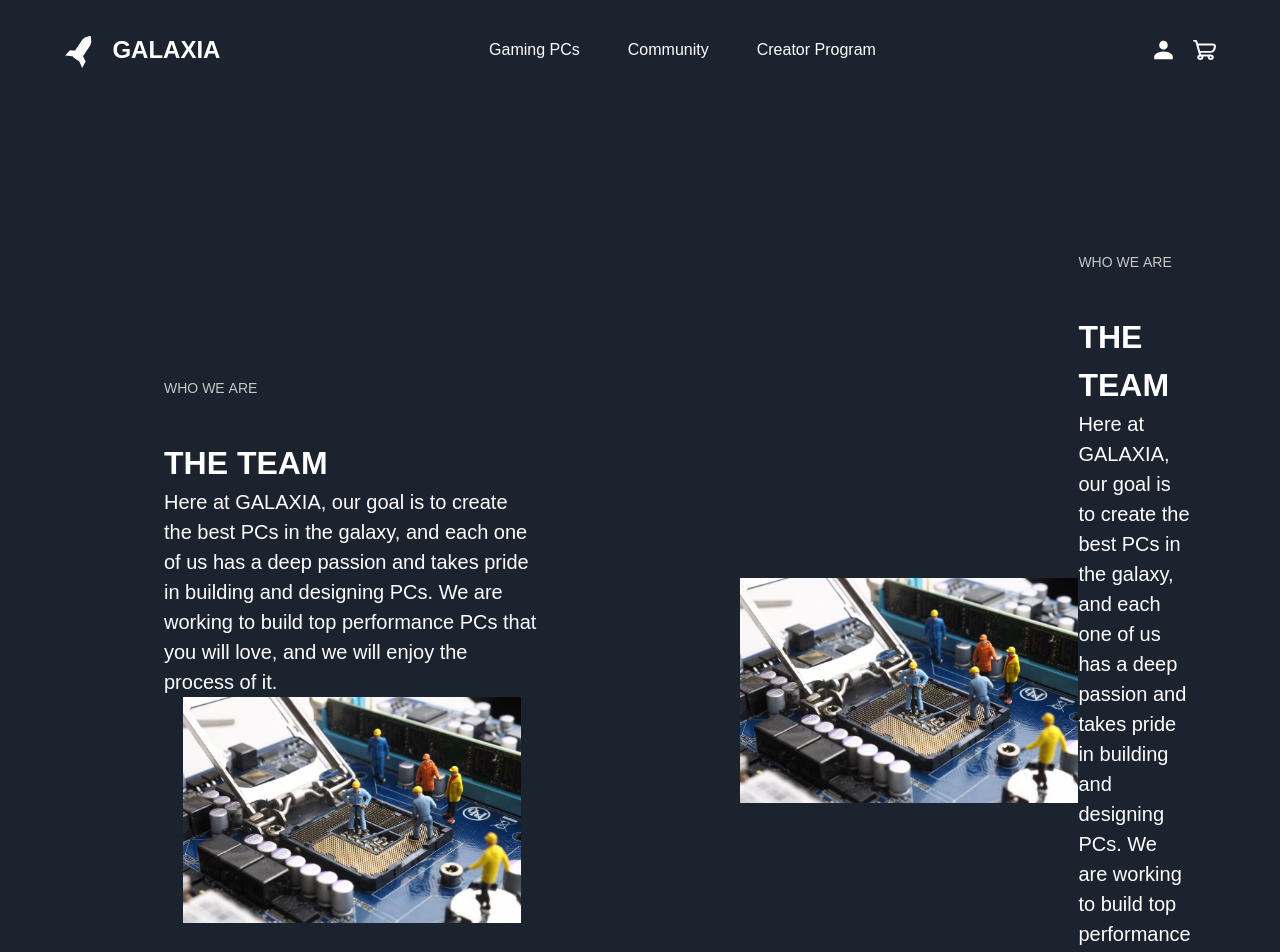
Repository: kaitlynlie/galaxia_pcs
Page: /community
An editor plug-in stored every save of this project. The page is shown before and after the next save, followed by the edit.
The browser window is 1280 px wide. The pictures show the part of the page from y = 0 to 952 px (the page is 2624 px tall).
Some web fonts or font styles are not loaded; a fallback is used. The project was rebuilt for these pictures with package versions that can differ from the ones it lists, and the page was loaded fresh each time. Also part of the build but not shown: vite.config.js, components/Button.jsx, components/PCcard.jsx, components/WhyFeatures.jsx, sections/Hero.jsx, sections/Triton.jsx, sections/Neptune.jsx, sections/Jupiter.jsx and 5 more. Imported but missing from the stored project, and not drawn on this page: src/assets/video.mp4.

Above is the page before, as saved 2023-08-08 18:38:07.

### index.html
<!DOCTYPE html>
<html lang="en">
  <head>
    <meta charset="UTF-8" />
    <link rel="icon" type="image/svg+xml" href="/logo.svg" />
    <link rel="preconnect" href="https://stijndv.com" />
    <link rel="stylesheet" href="https://stijndv.com/fonts/Eudoxus-Sans.css" />
    <meta name="viewport" content="width=device-width, initial-scale=1.0" />
    <title>GALAXIA</title>
  </head>
  <body>
    <div id="root"></div>
    <script type="module" src="/src/main.jsx"></script>
  </body>
</html>

### src/main.jsx
import React from 'react'
import App from './App.jsx'
import ReactDOM from 'react-dom';
import { BrowserRouter } from 'react-router-dom';


ReactDOM.render(
  <BrowserRouter>
    <App />
  </BrowserRouter>,
  document.getElementById('root'),
);

### src/App.jsx
import Navbar from '../components/Navbar'
import Home from '../pages/Home'
import Community from '../pages/Community'
import Creator from '../pages/Creator'
import PCs from '../pages/PCs'
import { Route, Routes } from 'react-router-dom'
import React from 'react'
import '../styles/globals.css'

function App() {

  return (
    <>
    <div className='bg-primary-black overflow-hidden'>
      <Navbar />
      <Routes>
        <Route index path="/" element={<Home />} />
        <Route path="pc" element={<PCs />} />
        <Route path="community" element={<Community />} />
        <Route path="creator" element={<Creator />} />
      </Routes>
     </div>
    </>
  )
}

export default App

### components/Navbar.jsx
import { motion } from "framer-motion";
import styles from '../styles'
import { navVariants, textVariant } from '../utils/motion'
import { useState } from "react";
import { RiMenu3Line, RiCloseLine } from 'react-icons/ri';
import { Link } from 'react-router-dom'
import React from 'react'

const Navbar = () => {
  const [toggleMenu, setToggleMenu] = useState(false);

  const [nav, setNav] = useState(false);

  const openNav = () => {
    setNav(!nav);
  };

  return(
   <motion.nav
    variants={navVariants}
    initial="show"
    whileInView="show"
    viewport={{ once: false, amount: 0.25 }}
    className={`${styles.xPaddings} py-8 relative`}
  >
    <div className={`${styles.innerWidth} mx-auto flex justify-between gap-8 inline-block`}>
      <div className="flex flex-row gap-4">
        <img
          src='./logo.svg'
          alt='logo'
          />
          <Link onClick={openNav} to="/"><motion.h1 variants={textVariant(1.1)} className="flex text-white font-bold text-[24px]">
            <a>GALAXIA</a>
          </motion.h1></Link>
      </div>

      <ul className='flex justify-center items-center text-white max-[880px]:hidden block'>
        <Link onClick={openNav} to='/pc'><li className="mr-12"><a>Gaming PCs</a></li></Link>
        <Link onClick={openNav} to='/community'><li className="mr-12"><a>Community</a></li></Link>
        <Link onClick={openNav} to='/creator'><li><a>Creator Program</a></li></Link>
      </ul>

      <div className="relative ml-1 pointer max-[880px]:block hidden z-10">
        {toggleMenu
          ? <RiCloseLine color="#fff" size={27} onClick={() => setToggleMenu(false)} />
          : <RiMenu3Line color="#fff" size={27} onClick={() => setToggleMenu(true)} />}
        {toggleMenu && (
        <div className="flex justify-end items-end flex-col text-end bg-[#026884ce] p-3 absolute top-[40px] right-[10px] mt-1 rounded-[5px] shadow z-10">
          <div className="none">
            <ul className='flex justify-end items-end flex-col text-white text-end p-1'>
              <Link onClick={openNav} to='/pc'><li><a>Gaming PCs</a></li></Link>
              <Link onClick={openNav} to='/community'><li className="mt-2 pointer"><a>Community</a></li></Link>
              <Link onClick={openNav} to='/creator'><li className="mt-2 pointer"><a>Creator Program</a></li></Link>
            </ul>
          </div>
        </div>
        )}
        </div>

        <div className="flex flex-row gap-4 items-center max-[880px]:hidden block">
        <img
          src='./user.svg'
          alt='user'
        />
        <img
          src='./cart.svg'
          alt='cart'
        />
      </div>
      </div>

  </motion.nav>
  );
};

export default Navbar;

### pages/Community.jsx
import { Footer, Navbar } from '../components';
import { People, Video } from '../sections';
import styles from '../styles';
import { TypingText } from '../components';
import React from 'react'

const Community = () => (
  <div className='bg-primary-black overflow-hidden'>
    <div className='relative'>
    {/* <span className={`${styles.xPaddings} font-extrabold text-white text-[40px]`}>COMMUNITY</span> */}
      <People />
      {/* <div className='gradient-03 z-0' /> */}
    </div>
    <div className='relative'>
      <Video />
      <div className={`w-full ${styles.xPaddings} md:px-[100px] mt-10 items-center flex-col flex justify-between relative mb-20`}>
          <TypingText title='WHO WE ARE' textStyles='text-center' />
          <div className={`${styles.xPaddings} font-normal text-center text-secondary-white mt-10 flex-col flex flex-center`}>
              <span className="font-extrabold text-white sm:text-[32px] text-[20px]">THE TEAM</span>
              <p className="text-[20px] text-white">Here at GALAXIA, our goal is to create the best PCs in the galaxy, and each one of us has a deep passion and takes pride in building and designing PCs. We are working to build top performance PCs that you will love, and we will enjoy the process of it.</p>
          </div>
        </div>
      {/* <div className='gradient-04 z-0' /> */}
      <Footer />
    </div>
  </div>
);

export default Community;

### styles/globals.css
@import "tailwindcss/base";

@import "tailwindcss/components";

@import "tailwindcss/utilities";

* {
  margin: 0;
  padding: 0;
  box-sizing: border-box;
  font-family: "Eudoxus Sans", sans-serif;
  scroll-behavior: smooth;
}

.gradient-01 {
  background-image: linear-gradient(
    270deg,
    hsl(295deg 76% 51%) 0%,
    hsl(284deg 70% 73%) 26%,
    hsl(257deg 70% 86%) 39%,
    hsl(202deg 92% 90%) 50%,
    hsl(215deg 77% 81%) 61%,
    hsl(221deg 73% 70%) 74%,
    hsl(220deg 76% 51%) 100%
  );
  filter: blur(125px);
}

.hero-gradient {
  background: linear-gradient(
    97.86deg,
    #a509ff 0%,
    #34acc7 53.65%,
    #a134c7 100%
  );
}

.gradient-02 {
  position: absolute;
  width: 200px;
  height: 438px;
  top: 0px;
  right: 0px;

  background: #7aebfb;
  filter: blur(190px);
}

.glassmorphism {
  background: rgba(255, 255, 255, 0.25);
  box-shadow: 0 8px 32px 0 rgba(31, 38, 135, 0.37);
  backdrop-filter: blur(4px);
  -webkit-backdrop-filter: blur(4px);
  border: 1px solid rgba(255, 255, 255, 0.18);
}

.gradient-03 {
  position: absolute;
  width: 404px;
  height: 800px;
  left: 20%;
  top: 5%;

  background: rgba(149, 66, 232, 0.35);
  filter: blur(175px);
  transform: rotate(-114.2deg);
}

.gradient-04 {
  position: absolute;
  width: 304px;
  height: 100vh;
  left: 30%;
  top: 10%;

  background: rgba(45, 72, 152, 0.75);
  filter: blur(200px);
  transform: rotate(-53.13deg);
}

.gradient-05 {
  background: linear-gradient(
    180deg,
    rgba(255, 255, 255, 0.04) 0%,
    rgba(255, 255, 255, 0) 100%
  );
}

.feedback-gradient {
  position: absolute;
  width: 200px;
  height: 316px;
  left: 0px;
  top: 0px;

  background: #8d39a3;
  filter: blur(175px);
}

.footer-gradient {
  position: absolute;
  width: 500px;
  height: 100px;
  left: 37%;
  bottom: 0;

  background: #65c4fa;
  filter: blur(150px);
}

.object {
  animation: MoveUpDown 4s linear infinite;
  position: relative;
  left: 0;
  bottom: 0;
}

@keyframes MoveUpDown {
  0%, 100% {
    bottom: 0;
  }
  50% {
    bottom: 100px;
  }
}

### styles/index.js
const styles = {
    innerWidth: '2xl:max-w-[1280px] w-full',
    interWidth: 'lg:w-[80%] w-[100%]',

    paddings: 'sm:p-16 xs:p-8 px-6 py-12',
    yPaddings: 'sm:py-16 xs:py-8 py-12',
    xPaddings: 'sm:px-16 px-6',
    topPaddings: 'sm:pt-16 xs:pt-8 pt-12',
    bottomPaddings: 'sm:pb-16 xs:pb-8 pb-12',

    flexCenter: 'flex justify-center items-center',
    flexStart: 'flex justify-start items-start',
    flexEnd: 'flex justify-end',
    navPadding: 'pt-[98px]',

    // hero section
    heroHeading:
        'font-bold lg:text-[144px] md:text-[100px] sm:text-[60px] text-[44px] lg:leading-[158.4px] md:leading-[114.4px] sm:leading-[74.4px] leading-[64.4px] uppercase text-white',
    heroDText:
        'md:w-[212px] sm:w-[80px] w-[60px] md:h-[108px] sm:h-[48px] h-[38px] md:border-[18px] border-[9px] rounded-r-[50px] border-white sm:mx-2 mx-[6px]',
  };

  export default styles;

### utils/motion.js
export const navVariants = {
  hidden: {
    opacity: 0,
    y: -50,
    transition: {
      type: 'spring',
      stiffness: 300,
      damping: 140,
    },
  },
  show: {
    opacity: 1,
    y: 0,
    transition: {
      type: 'spring',
      stiffness: 80,
      delay: 1,
    },
  },
};

export const slideIn = (direction, type, delay, duration) => ({
  hidden: {
    x: direction === 'left' ? '-100%' : direction === 'right' ? '100%' : 0,
    y: direction === 'up' ? '100%' : direction === 'down' ? '100%' : 0,
  },
  show: {
    x: 0,
    y: 0,
    transition: {
      type,
      delay,
      duration,
      ease: 'easeOut',
    },
  },
});

export const staggerContainer = (staggerChildren, delayChildren) => ({
  hidden: {},
  show: {
    transition: {
      staggerChildren,
      delayChildren,
    },
  },
});

export const textVariant = (delay) => ({
  hidden: {
    y: 50,
    opacity: 0,
  },
  show: {
    y: 0,
    opacity: 1,
    transition: {
      type: 'spring',
      duration: 1.25,
      delay,
    },
  },
});

export const textContainer = {
  hidden: {
    opacity: 0,
  },
  show: (i = 1) => ({
    opacity: 1,
    transition: { staggerChildren: 0.1, delayChildren: i * 0.1 },
  }),
};

export const textVariant2 = {
  hidden: {
    opacity: 0,
    y: 20,
  },
  show: {
    opacity: 1,
    y: 0,
    transition: {
      type: 'tween',
      ease: 'easeIn',
    },
  },
};

export const fadeIn = (direction, type, delay, duration) => ({
  hidden: {
    x: direction === 'left' ? 100 : direction === 'right' ? -100 : 0,
    y: direction === 'up' ? 100 : direction === 'down' ? -100 : 0,
    opacity: 0,
  },
  show: {
    x: 0,
    y: 0,
    opacity: 1,
    transition: {
      type,
      delay,
      duration,
      ease: 'easeOut',
    },
  },
});

export const planetVariants = (direction) => ({
  hidden: {
    x: direction === 'left' ? '-100%' : '100%',
    rotate: 120,
  },
  show: {
    x: 0,
    rotate: 0,
    transition: {
      type: 'spring',
      duration: 1.8,
      delay: 0.5,
    },
  },
});

export const zoomIn = (delay, duration) => ({
  hidden: {
    scale: 0,
    opacity: 0,
  },
  show: {
    scale: 1,
    opacity: 1,
    transition: {
      type: 'tween',
      delay,
      duration,
      ease: 'easeOut',
    },
  },
});

export const footerVariants = {
  hidden: {
    opacity: 0,
    y: 50,
    transition: {
      type: 'spring',
      stiffness: 300,
      damping: 140,
    },
  },
  show: {
    opacity: 1,
    y: 0,
    transition: {
      type: 'spring',
      stiffness: 80,
      delay: 0.5,
    },
  },
};

### components/index.js
import Navbar from './Navbar';
import { TypingText, TitleText } from './CustomTexts';
import PCcard from './PCcard';
import WhyFeatures from './WhyFeatures';
import Footer from './Footer';
import Button from './Button';

export {
  Navbar,
  TitleText,
  TypingText,
  WhyFeatures,
  PCcard,
  Footer,
  Button,
};

### sections/index.js
import Hero from './Hero';
import Triton from './Triton';
import Neptune from './Neptune';
import Jupiter from './Jupiter';
import WhyUs from './WhyUs';
import People from './People';
import Video from './Video'
import Program from './Program'

export {
  Hero,
  Triton,
  Neptune,
  Jupiter,
  WhyUs,
  People,
  Video,
  Program
};

### components/CustomTexts.jsx
'use client';

import { motion } from "framer-motion";
import { textContainer, textVariant2 } from '../utils/motion'

export const TypingText = ({ title, textStyles}) => (
  <motion.p
    variants={textContainer}
    className={`font-normal text-[14px] text-secondary-white ${textStyles}`}
  >
    {Array.from(title).map((letter, index) => (
      <motion.span variants={textVariant2} key={index}>
        {letter === ' ' ? '\u00A0' : letter}
      </motion.span>
    ))}
  </motion.p>
);

export const TitleText = ({ title, textStyles}) => (
  <motion.h2
    variants={textVariant2}
    initial='hidden'
    whileInView='show'
    className={`mt-[22px] font-bold text-[32px] text-white ${textStyles}`}>
      {title}
  </motion.h2>
);

### components/Footer.jsx
'use client';
import { motion } from "framer-motion";
import { socials } from "../constants";
import styles from "../styles";
import { footerVariants } from "../utils/motion";

const Footer = () => (
  <motion.footer
    variants={footerVariants}
    initial='show'
    whileInView='show'
    viewport={{ once: true, amount: 0.25 }}
    className={`${styles.paddings} py-8 relative`}>
    {/* <div className="footer-gradient" /> */}
    <div className={`${styles.innerWidth} mx-auto flex flex-col gap-8`}>
      <div className="flex items-center sm:justify-between flex-wrap gap-5">
        <h4 className="font-bold md:text-[64px] text-[44px] text-white">Stay Up to Date</h4>
        <button type="button" className="flex items-center h-fit py-4 px-6 bg-[#25618b] rounded-[32px] gap-[12px]">
          <img src='/logo.svg' alt='logo' className="w-[24px] h-[24px] object-contains"/>
          <span className="font-normal text-[16px] text-white">Sign Up</span>
        </button>
      </div>

      <div className="flex flex-col">
        <div className="mb-[50px] h-[2px] bg-white opacity-10"/>
        <div className="flex items-center justify-between flex-wrap gap-4">
          <h4 className="font-extrabold text-[24px] text-white">GALAXIA</h4>
          <p className="font-normal text-[14px] text-white opacity-50">
          Copyright © 2023 - 2024 Galaxia. All rights reserved.
          </p>
          <div className="flex gap-4">
            {socials.map((social) => (
              <img
                key={social.name}
                src={social.url}
                alt={social.name}
                className="w-[24px] h-[24px] object-contain cursor-pointer" />
            ))}
          </div>
        </div>
      </div>
    </div>
  </motion.footer>
);

export default Footer;

### sections/People.jsx
import React from 'react'

import { motion } from "framer-motion";
import { TypingText, Button } from '../components'
import styles from '../styles';
import { fadeIn, staggerContainer } from '../utils/motion';

const People = () => (
    <section className={`${styles.xPaddings} relative z-10 py-8 flex flex-row justify-center items-center mt-10`}>
      {/* <div className={`${styles.innerWidth} md:px-[100px] mb-0 items-center flex-row max-[1234px]:flex-col flex justify-between`}> */}
      <div className={`${styles.innerWidth} md:px-[100px] mb-0 items-center flex-col flex justify-between`}>
        {/* <div className='mr-24 max-[1234px]:mr-0'> */}
        <div>
          <TypingText title='WHO WE ARE' textStyles='text-start max-[1234px]:text-center' />
          <div className="font-normal text-start max-[1234px]:text-center text-secondary-white mt-10 flex-col flex flex-center">
              <span className="font-extrabold text-white sm:text-[32px] text-[20px]">THE TEAM</span>
              <p className="text-[20px] text-white">Here at GALAXIA, our goal is to create the best PCs in the galaxy, and each one of us has a deep passion and takes pride in building and designing PCs. We are working to build top performance PCs that you will love, and we will enjoy the process of it.</p>
          </div>
        </div>

        <img
          src="/process.png"
          alt="process"
          className="z-10 relative w-[90%] h-[90%]"
        />
          {/* <img
            src="/team.png"
            alt="team"
            className="z-10 relative w-[90%] h-[90%] max-[1234px]:mt-20 max-[1234px]:hidden"
          /> */}
    </div>

    <div className={`${styles.innerWidth} ${styles.xPaddings} md:px-[100px] mb-0 items-center flex-row max-[1234px]:flex-col flex flex-start justify-between mt-20`}>
      <img
        src="/process.png"
        alt="process"
        className="z-10 relative w-[90%] h-[90%]"
      />

      {/* <div className='ml-24 max-[1234px]:ml-0 max-[1234px]:mt-20'> */}
      <div>
        <TypingText title='WHO WE ARE' textStyles='text-start max-[1234px]:text-center' />
        <motion.div
          variants={fadeIn('up', 'tween', 0.2, 1)}
          viewport={{ once: true, amount: 0.25}}
          className="font-normal max-[1234px]:text-center text-start text-secondary-white mt-10 flex-col flex flex-center">
            <span className="font-extrabold text-white sm:text-[32px] text-[20px]">THE TEAM</span>
            <p className="text-[20px] text-white">Here at GALAXIA, our goal is to create the best PCs in the galaxy, and each one of us has a deep passion and takes pride in building and designing PCs. We are working to build top performance PCs that you will love, and we will enjoy the process of it.</p>
        </motion.div>
      </div>
    </div>
</section>
);

export default People

### sections/Video.jsx
import React, { useState } from 'react';
import { BsFillPlayFill, BsPauseFill } from 'react-icons/bs'
import { video } from '../src/assets';
import styles from '../styles';
import { TypingText } from '../components';

const Video = () => {
  const vidRef = React.useRef();
  const [playVideo, setplayVideo] = React.useState(false)
  const handleVideo = () => {
    setplayVideo((prevPlayVideo) => !prevPlayVideo)
    if(playVideo) {
      vidRef.current.pause();
    } else {
      vidRef.current.play();
    }
  }
  return (
    <div className={`h-screen relative mt-20 max-[1200px]:px-0 px-80 py-20 max-[1200px]:py-0`}>
      <video
        src={video}
        ref={vidRef}
        className='object-cover w-[100%] h-[100%]'
        type='video/mp4'
        loop
        controls = {false}
        muted
      />
      <div className='absolute flex justify-center items-center inset-0'>
        <div
        className='flex justify-center items-center pointer rounded-full border border-white w-[100px] h-[100px]'
        onClick={handleVideo}>
          {playVideo
          ? ( <BsPauseFill color='#fff' fontSize={50}/>
          ) : <BsFillPlayFill color='#fff' fontSize={50}/> }
        </div>
      </div>
    </div>
  )
};

export default Video;

### constants/index.js
export const neptuneSet = [
  {
    imgUrl: '/pc3.png',
    title: 'THALASSA',
    price: '$1,099.99 USD',
    xprice: '$1,299.99 USD',
  },
  {
    imgUrl: '/pc2.png',
    title: 'NEREID',
    price: '$1,399.99 USD',
    xprice: '$1,699.99 USD',
  },
  {
    imgUrl: '/pc1.png',
    title: 'TRITON',
    price: '$1,599.99 USD',
    xprice: '$1,999.99 USD'
  }
];

export const jupiterSet = [
  {
    imgUrl: '/pc4.png',
    title: 'EUROPA',
    price: '$2,499.99 USD',
    xprice: '$2,699.99 USD',
  },
  {
    imgUrl: '/pc5.png',
    title: 'CALLISTO',
    price: '$2,599.99 USD',
    xprice: '$2,799.99 USD',
  },
  {
    imgUrl: '/pc6.png',
    title: 'GANYMEDE',
    price: '$2,799.99 USD',
    xprice: '$2,999.99 USD'
  }
]

export const whyUs = [
  {
    number: 1,
    subtitle: 'Built with the highest quality of materials, Galaxia hand builds and ships worldwide, delivering with a white glove service.'
  },
  {
    number: 2,
    subtitle: 'We offer a 1 year full parts and labor warranty in case anything happens, so you can spend your time having fun instead fo worrying.'
  },
  {
    number: 3,
    subtitle: 'We are not lying when we say we have the highest performing PCs in the galaxy, with quality parts and expert craftmanship for the best experience.'
  }
]

export const creators = [
  {
    number: 1,
    subtitle: 'When you sign up for our GALAXIA creator program, your application will be interviewed by our team. Then, if you are the right fit, you will receive a response.'
  },
  {
    number: 2,
    subtitle: 'If you have been accepted to our program, then congratulations! You will receive a welcome email, tracking link, creator panel, and more you will need to be a GALAXIA creator.'
  },
  {
    number: 3,
    subtitle: 'Once your creator panel is up and running, you will receive 5% of every sale you make by using your link!'
  }
]

export const socials = [
  {
    name: 'twitter',
    url: '/twitter.svg',
  },
  {
    name: 'linkedin',
    url: '/linkedin.svg',
  },
  {
    name: 'instagram',
    url: '/instagram.svg',
  },
  {
    name: 'facebook',
    url: '/facebook.svg',
  },
];

### src/assets/index.js
import video from './video.mp4'

export {
    video
}

### tailwind.config.js
/** @type {import('tailwindcss').Config} */
module.exports = {
  content: [
    "./src/**/*.{html,js,jsx}",
    './pages/**/*.{html,js,jsx}',
    './components/**/*.{html,js,jsx}',
    './sections/**/*.{html,js,jsx}',
    './styles/**/*.{js,jsx}',
  ],
  mode: 'jit',
  theme: {
    extend: {
      colors: {
        'primary-black': '#1A232E',
        'secondary-white': '#c7c7c7',
      },
      transitionTimingFunction: {
        'out-flex': 'cubic-bezier(0.05, 0.6, 0.4, 0.9)',
      },
    },
  },
  plugins: [],
};

After the next save:
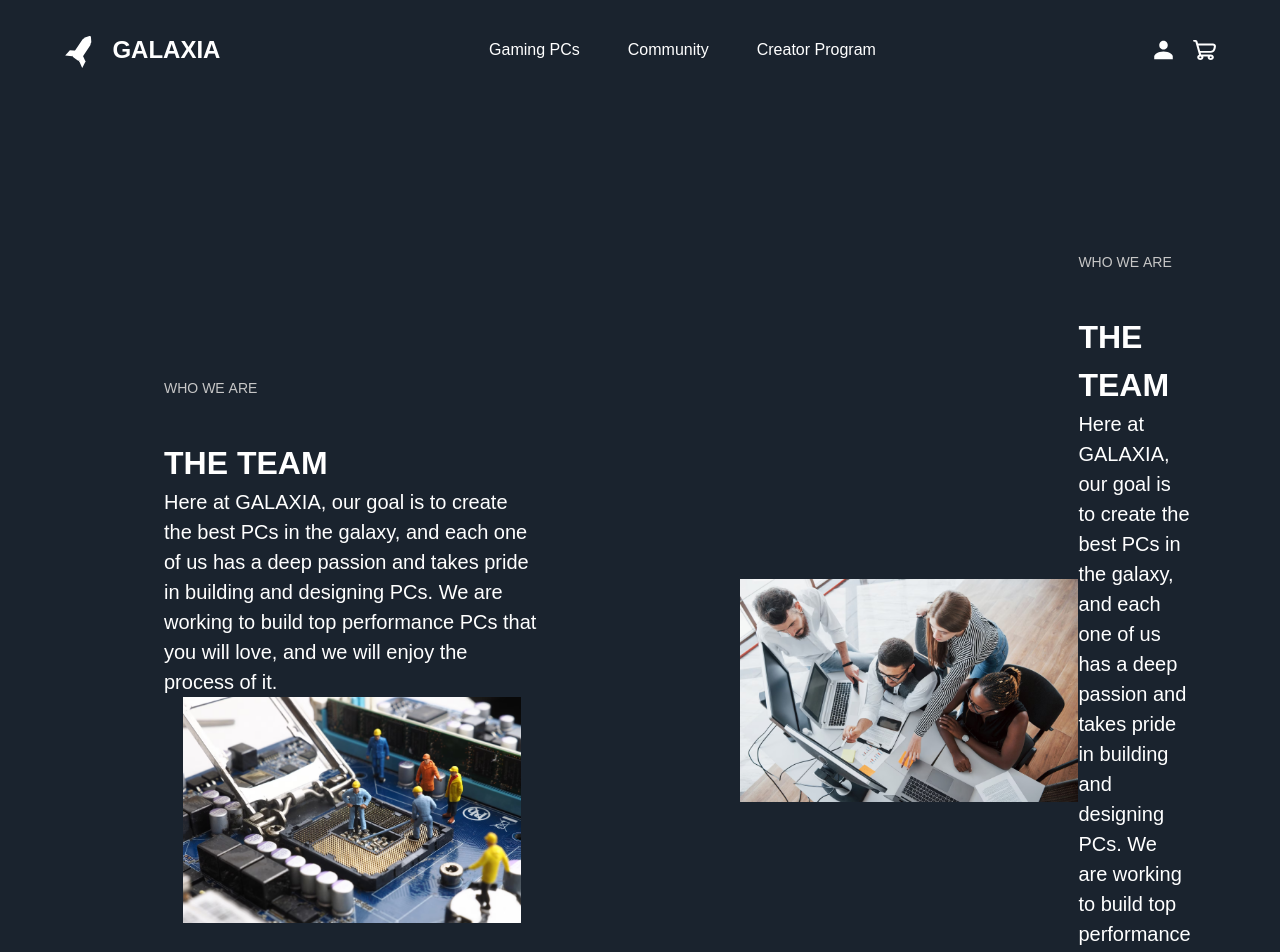
Saved 14 s later.
--- a/sections/People.jsx
+++ b/sections/People.jsx
@@ -32,10 +32,10 @@
 
     <div className={`${styles.innerWidth} ${styles.xPaddings} md:px-[100px] mb-0 items-center flex-row max-[1234px]:flex-col flex flex-start justify-between mt-20`}>
       <img
-        src="/process.png"
-        alt="process"
-        className="z-10 relative w-[90%] h-[90%]"
-      />
+            src="/team.png"
+            alt="team"
+            className="z-10 relative w-[90%] h-[90%] max-[1234px]:mt-20 max-[1234px]:hidden"
+          />
 
       {/* <div className='ml-24 max-[1234px]:ml-0 max-[1234px]:mt-20'> */}
       <div>
